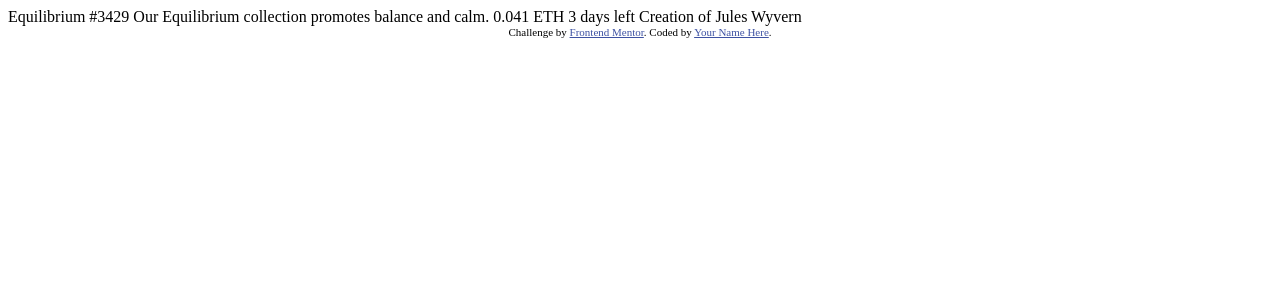
Repository: cipdanila/NFT-preview-card-component
Page: index.html
These files come from the project's save history. The page is drawn as it stood at one moment and after the next save; the edit follows.
The browser window is 1280 px wide. The pictures show the whole page.

Above is the page before, as saved 2024-01-26 18:36:02.

### index.html
<!DOCTYPE html>
<html lang="en">
<head>
  <meta charset="UTF-8">
  <meta name="viewport" content="width=device-width, initial-scale=1.0"> <!-- displays site properly based on user's device -->

  <link rel="icon" type="image/png" sizes="32x32" href="./images/favicon-32x32.png">
  <link rel="stylesheet" href="style.css">
  <title>Frontend Mentor | NFT preview card component</title>

</head>
<body>

  Equilibrium #3429

  Our Equilibrium collection promotes balance and calm.

  0.041 ETH
  3 days left

  Creation of Jules Wyvern

  <div class="attribution">
    Challenge by <a href="https://www.frontendmentor.io?ref=challenge" target="_blank">Frontend Mentor</a>.
    Coded by <a href="#">Your Name Here</a>.
  </div>
</body>
</html>

### style.css
.attribution {
    font-size: 11px;
    text-align: center;
}
.attribution a {
    color: hsl(228, 45%, 44%);
}

After the next save:
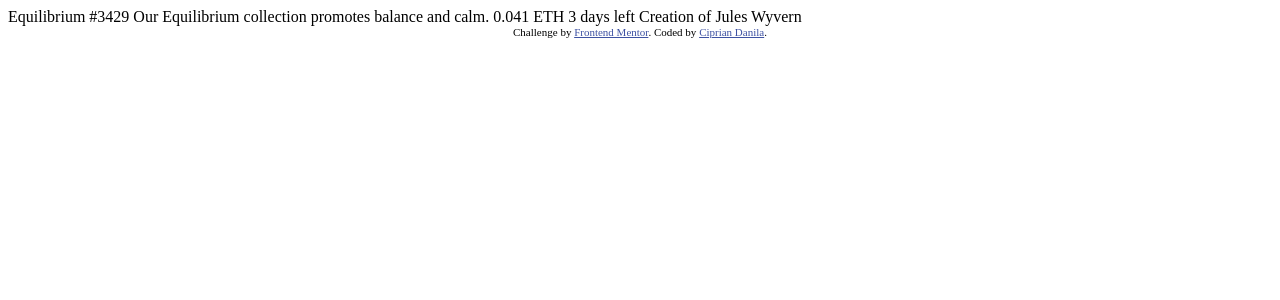
Saved 54 s later.
--- a/index.html
+++ b/index.html
@@ -20,9 +20,17 @@
 
   Creation of Jules Wyvern
 
-  <div class="attribution">
-    Challenge by <a href="https://www.frontendmentor.io?ref=challenge" target="_blank">Frontend Mentor</a>.
-    Coded by <a href="#">Your Name Here</a>.
+  <footer>
+    <div class="attribution">
+        Challenge by
+        <a
+            href="https://www.frontendmentor.io/challenges/blog-preview-card-ckPaj01IcS"
+            target="_blank"
+            rel="noopener noreferer"
+            >Frontend Mentor</a
+        >. Coded by <a href="https://github.com/cipdanila" target="_blank" rel="noopener noreferer">Ciprian Danila</a>.
+    </div>
+</footer>
   </div>
 </body>
 </html>
